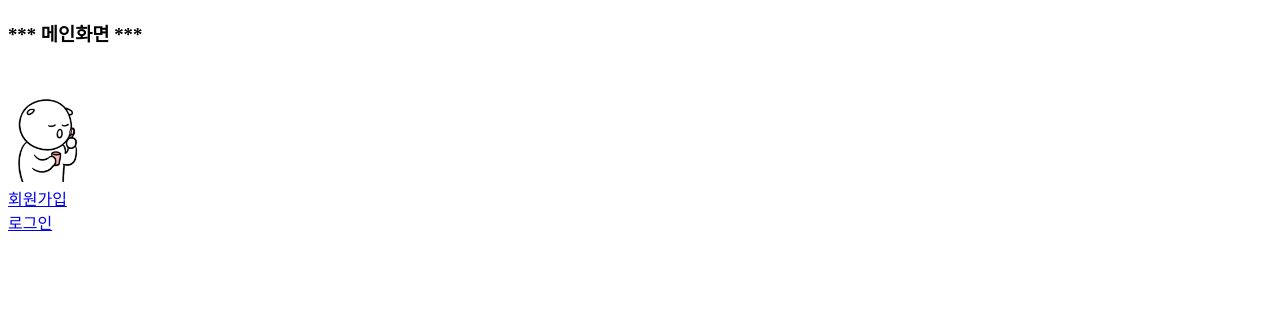
Repository: dahye1013/java-basic-learning
Page: http://localhost/memberJSP/main/index.jsp
An editor plug-in stored every save of this project. The page is shown before and after the next save, followed by the edit.
The browser window is 1280 px wide. The pictures show the whole page.
The page is served by Tomcat 9.

Above is the page before, as saved 2020-06-10 03:18:38.

After the next save:
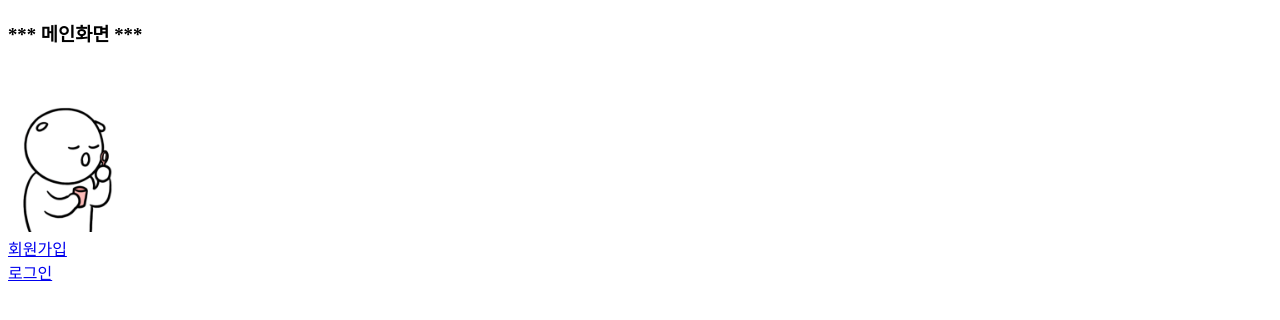
Saved 18 s later.
--- a/memberJSP/WebContent/main/index.jsp
+++ b/memberJSP/WebContent/main/index.jsp
@@ -10,11 +10,11 @@
 <h3>*** 메인화면 ***</h3>
 <br>
 <% if(session.getAttribute("memName")==null){%>
-<img src="../image/mm.gif" width=100><br>
+<img src="../image/mm.gif" width=150><br>
 <a href="http://localhost:8080/memberJSP/member/writeForm.jsp">회원가입</a><br>
 <a href="../member/loginForm.jsp">로그인</a><br>
 <% }else{%>
-<img src="../image/ff.gif" width=100><br>
+<img src="../image/ff.gif" width=150><br>
 <a href="../member/modifyForm.jsp">회원정보 수정</a><br>
 <a href="../member/logout.jsp">로그아웃</a><br>
 <a href="../board/boardWriteForm.jsp">글쓰기</a><br>
